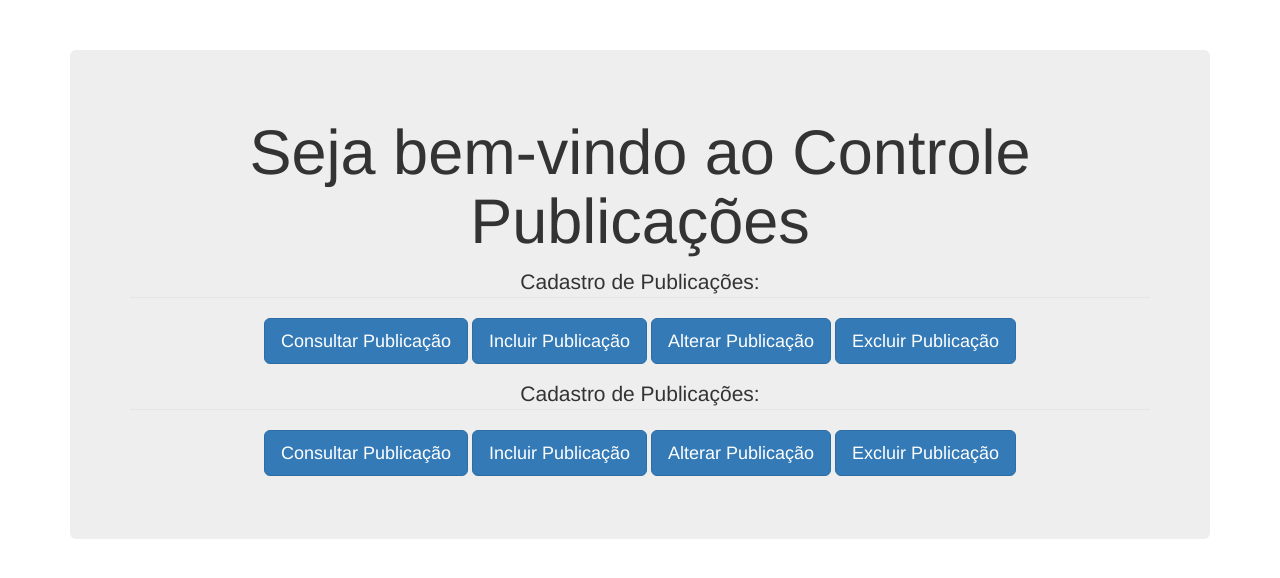
Repository: fabriciofelipe/mestrado-tesd-soa
Page: http://localhost/PublicacaoConsumer/WEB-INF/views/index.jsp
An editor plug-in stored every save of this project. The page is shown before and after the next save, followed by the edit.
The browser window is 1280 px wide. The pictures show the whole page.
Some web libraries are served in a nearby version. The page is served by Tomcat 9. Nobody is signed in. The template is opened directly, without the code that normally fills it, so the values that code supplies are empty.

Above is the page before, as saved 2017-04-14 23:11:19.
Console error (its wording comes from the project's code and is left out).

After the next save:
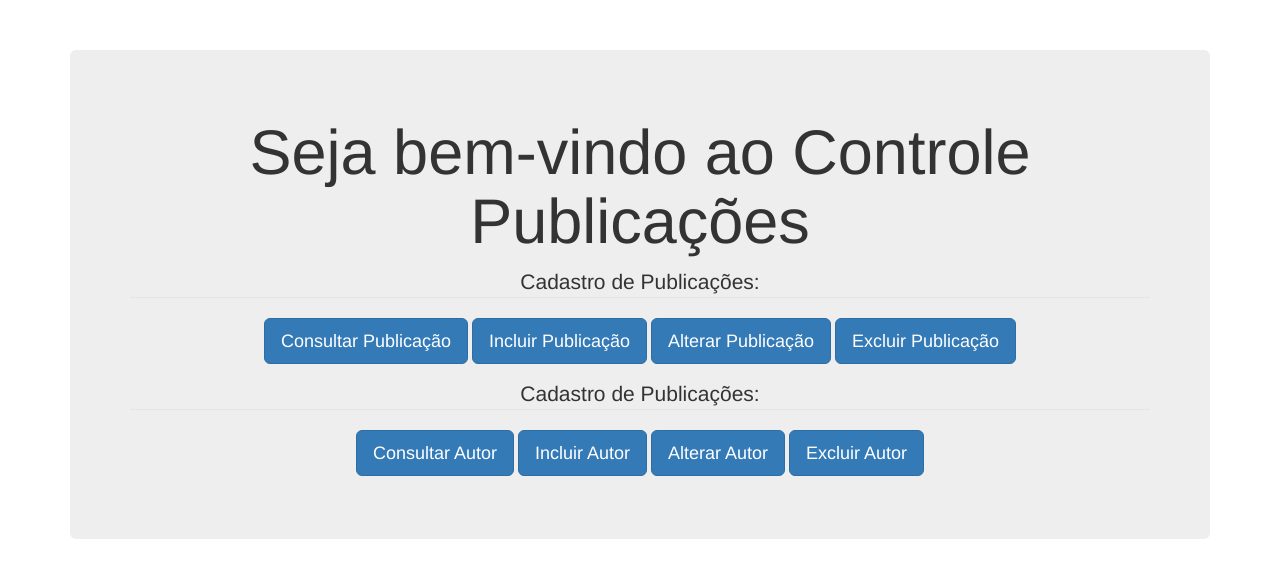
Saved 44 s later.
--- a/projetoSoap/PublicacaoConsumer/WebContent/WEB-INF/views/index.jsp
+++ b/projetoSoap/PublicacaoConsumer/WebContent/WEB-INF/views/index.jsp
@@ -19,10 +19,10 @@
      </fieldset>
        <fieldset class="form-group"><legend>Cadastro de Publicações:</legend>
             <div align="center">
-                <a href="publicacoes" class="btn btn-lg btn-primary">Consultar Publicação</a>
-                <a href="cadastrarPublicacao" class="btn btn-lg btn-primary">Incluir Publicação</a>
-                <a href="alterarPublicacao" class="btn btn-lg btn-primary">Alterar Publicação</a>
-                <a href="excluirPublicacao" class="btn btn-lg btn-primary">Excluir Publicação</a>
+                <a href="autores" class="btn btn-lg btn-primary">Consultar Autor</a>
+                <a href="cadastrarAutor" class="btn btn-lg btn-primary">Incluir Autor</a>
+                <a href="alterarAutor" class="btn btn-lg btn-primary">Alterar Autor</a>
+                <a href="excluirAutor" class="btn btn-lg btn-primary">Excluir Autor</a>
             </div>
      </fieldset>
         </div>
